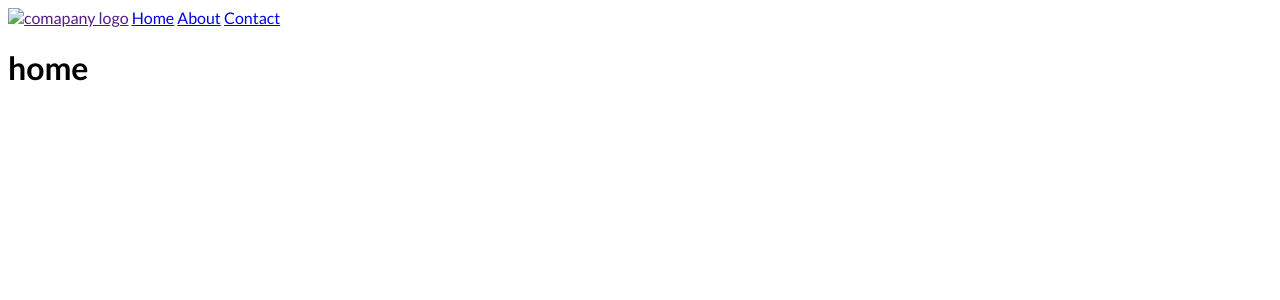
Repository: magiai/vanilla-js-spa
Page: index.html
These files come from the project's save history. The page is drawn as it stood at one moment and after the next save; the edit follows.
The browser window is 1280 px wide. The pictures show the whole page.

Above is the page before, as saved 2022-04-28 13:23:38.

### index.html
<!DOCTYPE html>
<html lang="pl" region="pl">

    <head>
        <link rel="preconnect" href="https://fonts.googleapis.com">
        <link rel="preconnect" href="https://fonts.gstatic.com" crossorigin>
        <link href="https://fonts.googleapis.com/css2?family=Lato:wght@300;400;700&display=swap" rel="stylesheet">

        <meta charset="utf-8">
        <meta http-equiv="X-UA-Compatible" content="IE=edge">
        <meta name=" theme-color" content="">
        <meta name="viewport" content="width=device-width, initial-scale=1">
        <meta name="robots" content="index, follow">
        <link rel="canonical" href="">

        <title></title>
        <meta name="description" content="">

        <!--	Open Graph Protocol -->
        <meta property="fb:page_id" content=""> <!-- facebok identificator - id -->
        <meta property="twitter:site" content="">

        <meta property="og:title" content="">
        <meta property="og:type" content="website">
        <meta property="og:url" content=""> <!-- canonical url -->
        <meta property="og:site_name" content="">
        <meta property="og:description" content="">
        <meta property="og:image" content="">
        <!--	/Open Graph Protocol -->

        <!--	[if older than IE 9]-->
        <!--	slows down a page loading-->
        <script src="https://cdnjs.cloudflare.com/ajax/libs/html5shiv/3.7.3/html5shiv.js"></script>
        <!--	[endif]-->

        <noscript><a href="https://www.facebook.com/pg/dobrymechanik/about/?ref=page_internal/">Info to display when
                javaScript is not loaded</a></noscript>

        <!--	styles-->
        <link rel="stylesheet" type="text/css" href="css/variables.css">
        <link rel="stylesheet" type="text/css" href="css/main.css">
        <!--	/styles-->

        <!-- Scripts -->
        <script defer src="js/router.js"></script>
        <script defer src="js/route.js"></script>
        <script defer src="js/app.js"></script>
        <!-- /Scripts -->
    </head>

    <body>
        <header class="header">
            <nav>
                <a class="logo__link" href=""><img class="logo__image" src="" alt="comapany logo"></a>
                <a href="#home">Home</a>
                <a href="#about">About</a>
                <a href="#contact">Contact</a>
            </nav>
        </header>

        <main id="app"></main>
    </body>

</html>

### css/variables.css
:root {
    --background-color: blue;
}

### css/main.css
* {
    box-sizing: border-box;
}

body {
    font-family: 'Lato', sans-serif;
}

### js/router.js
'use strict';

function Router(routes) {
    try {
        if (!routes) {
            throw 'error: routes param is mandatory';
        }
        this.constructor(routes);
        this.init();
    } catch (e) {
        console.error(e);
    }
}

Router.prototype = {
    routes: undefined,
    rootElem: undefined,
    constructor: function (routes) {
        this.routes = routes;
        this.rootElem = document.getElementById('app');
    },
    init: function () {
        var r = this.routes;
        (function(scope, r) {
            window.addEventListener('hashchange', function (e) {
                scope.hasChanged(scope, r);
            });
        })(this, r);
        this.hasChanged(this, r);
    },
    hasChanged: function(scope, r){
        if (window.location.hash.length > 0) {
            for (var i = 0, length = r.length; i < length; i++) {
                var route = r[i];

                if(route.isActiveRoute(window.location.hash.substring(1))) {
                    scope.goToRoute(route.htmlName);
                }
            }
        } else {
            for (var i = 0, length = r.length; i < length; i++) {
                var route = r[i];
                if(route.default) {
                    scope.goToRoute(route.htmlName);
                }
            }
        }
    },
    goToRoute: function (htmlName) {
        (function(scope) {
            var url = 'views/' + htmlName,
                xhttp = new XMLHttpRequest();
            xhttp.onreadystatechange = function () {
                if (this.readyState === 4 && this.status === 200) {
                    scope.rootElem.innerHTML = this.responseText;
                }
            };
            xhttp.open('GET', url, true);
            xhttp.send();
        })(this);
    }
};

### js/route.js
'use stict';

function Route(name, htmlName, defaultRoute) {
    try {
        if(!name || !htmlName) {
            throw 'error: name and htmlName params are mandatories';
        }
        this.constructor(name, htmlName, defaultRoute);
    } catch (e) {
        console.error(e);
    }
}

Route.prototype = {
    name: undefined,
    htmlName: undefined,
    default: undefined,
    constructor: function (name, htmlName, defaultRoute) {
        this.name = name;
        this.htmlName = htmlName;
        this.default = defaultRoute;
    },
    isActiveRoute: function (hashedPath) {
        return hashedPath.replace('#', '') === this.name;
    }
};

### js/app.js
'use strict';

(function () {
    function init() {
        const router = new Router([
            new Route('home', 'home.html', true),
            new Route('about', 'about.html'),
            new Route('contact', 'contact.html'),
        ]);
    }
    init();
}());

Loaded but not shown: views/home.html (common file)

After the next save:
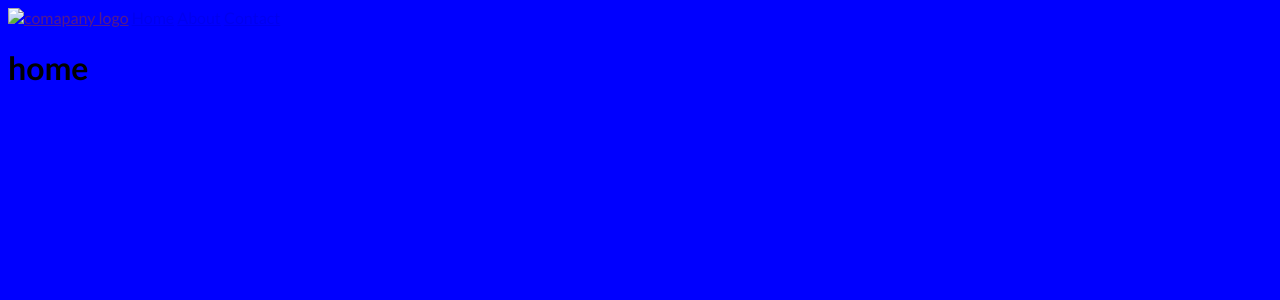
Saved 24 s later.
--- a/css/main.css
+++ b/css/main.css
@@ -4,4 +4,5 @@
 
 body {
     font-family: 'Lato', sans-serif;
+    background-color: var(--background-color);
 }

After the save that followed:
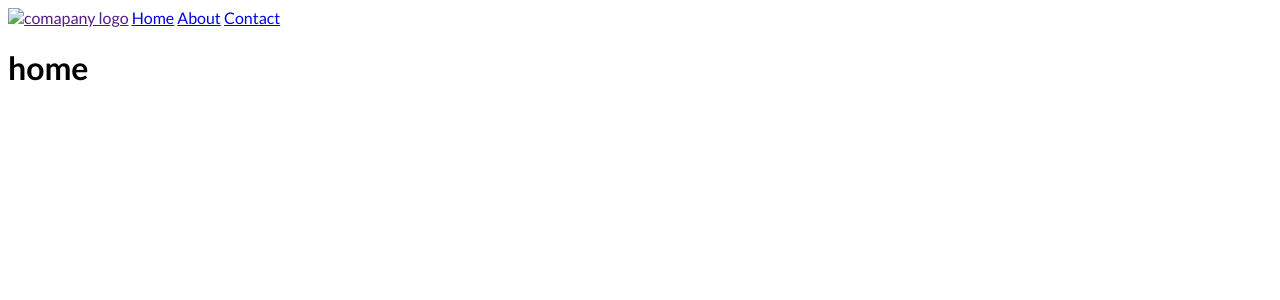
Saved 17 s later.
--- a/css/variables.css
+++ b/css/variables.css
@@ -1,3 +1,3 @@
 :root {
-    --background-color: blue;
+    --background-color: goldenrose;
 }
